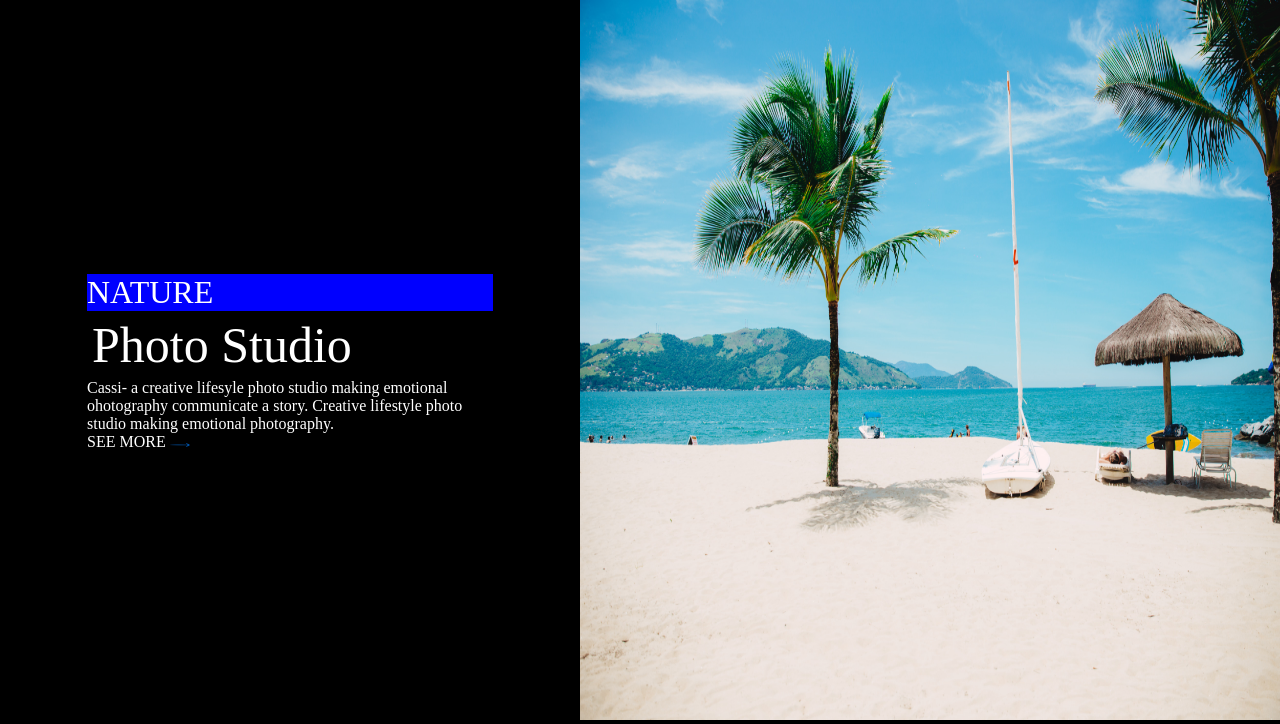
Repository: BRAspeaks/petty-project1
Page: pettyproject1.html
The author's editor kept a copy of each file at every save. The page is drawn from the files as they stood at one save, then again after the next save.
The browser window is 1280 px wide. The pictures show the whole page.

Above is the page before, as saved 2022-07-25 15:21:49.

### pettyproject1.html
<!DOCTYPE html>
<html lang="en">
    <head>
        <meta charset="UTF-8">
        <meta http-equiv="X-UA-Compatible" content="IE=edge">
        <meta name="viewport" content="width=device-width, initial-scale=1.0">
        <title> Photo Studio</title>
        <link rel="stylesheet" href="pettyproject1.css">
    </head>
    <body>
        <div class="main">
            <p class="Nature"> NATURE</p>
            <p class="photo">Photo Studio</p>
            <p class="bodice">Cassi- a creative lifesyle photo studio making emotional ohotography communicate a story. Creative lifestyle photo studio making emotional photography.</p>
            <p class="more">
                SEE MORE
                <span>
                    <img src="bluearrow.png" class="arrow">
                </span>
            </p>
        </div>
        <div class="image">
            <img src="beach.jpg" class="beach" >
        </div>
    </body>
</html>

### pettyproject1.css
* {
    margin: 0;
    padding: 0;
    box-sizing: border-box;
}
body{
    background-color: black;
    color: white;
    display: grid;
    grid-template-columns: 1fr 1fr;
    align-items: center;
    justify-content: space-between;
}
.main{
    margin: auto;
    text-align: left;
    width: 70%;
    display: flex;
    flex-direction: column;
    flex: 1;
}
.Nature{
    background-color: blue;
    /* width:70px; */
    font-size: 2rem;
}
.photo{
    font-size: 50px;
    margin: 5px;
}
.arrow{
    width:20px;
}
.more, .arrow {
    display: inline-block
}
.main, .image{
    /* display:inline-block; */
}
.image{
    /* text-align: right;    */
    width: 100%;
    align-self: center;
}
.beach{
    width: 700px;
    height: 100vh;
    /* margin-bottom: -500px; */
}

After the next save:
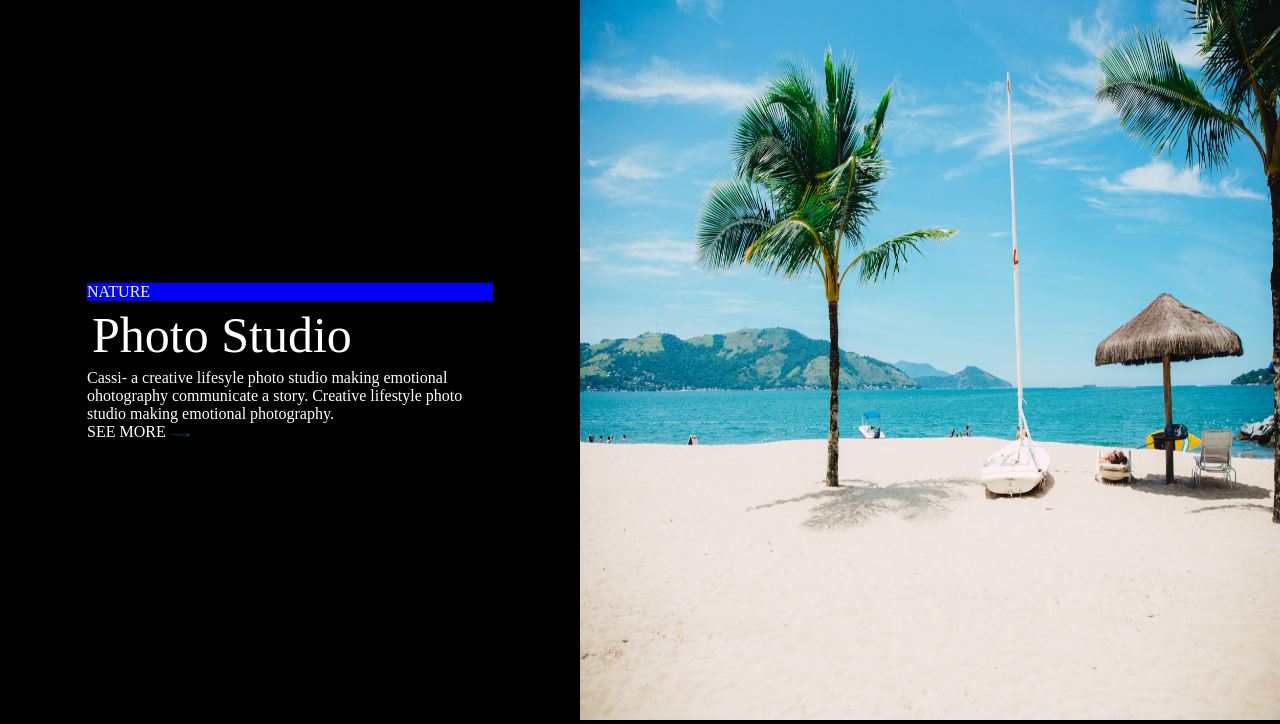
Saved 82 s later.
--- a/pettyproject1.css
+++ b/pettyproject1.css
@@ -21,6 +21,7 @@
 }
 .Nature{
     background-color: blue;
+    fit
     /* width:70px; */
     font-size: 2rem;
 }

After the save that followed:
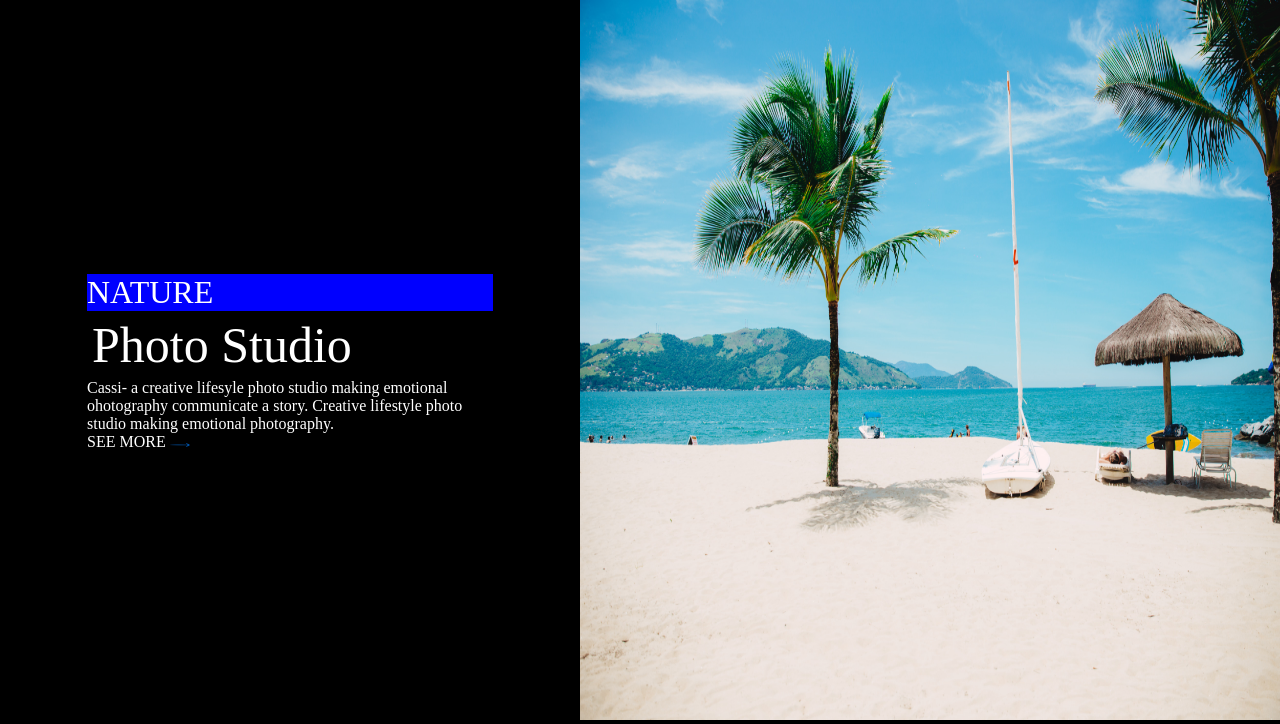
Saved 8 s later.
--- a/pettyproject1.css
+++ b/pettyproject1.css
@@ -21,7 +21,6 @@
 }
 .Nature{
     background-color: blue;
-    fit
     /* width:70px; */
     font-size: 2rem;
 }
